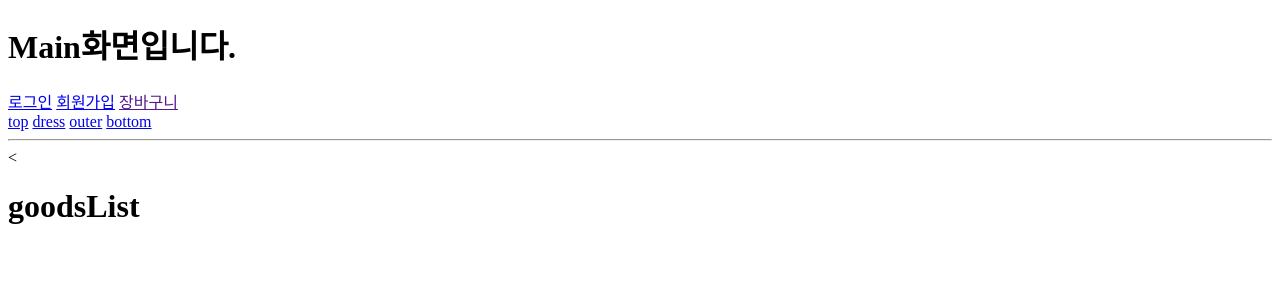
Repository: velSeon/Jsp_study
Page: http://localhost/ShopMiniMall_07_상품목록보기/main.jsp
The author's editor kept a copy of each file at every save. The page is drawn from the files as they stood at one save, then again after the next save.
The browser window is 1280 px wide. The pictures show the whole page.
The page is served by Tomcat 9.

Above is the page before, as saved 2020-10-05 03:54:12.

After the next save:
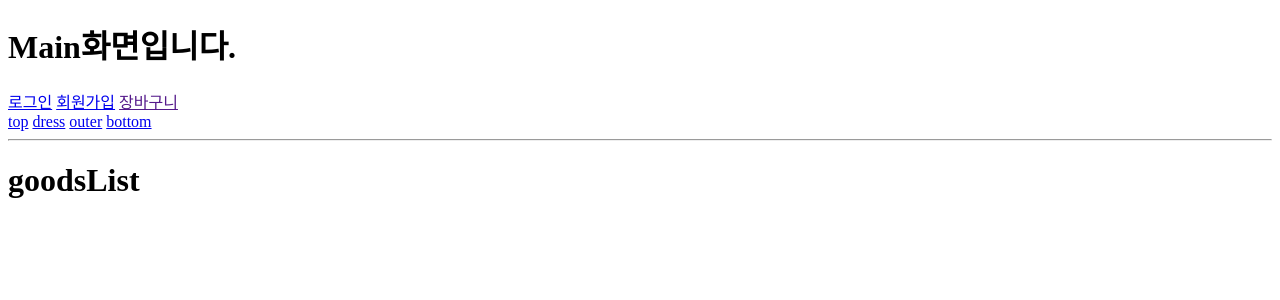
Saved 37 s later.
--- a/ShopMiniMall_07_상품목록보기/WebContent/goods/goodsList.jsp
+++ b/ShopMiniMall_07_상품목록보기/WebContent/goods/goodsList.jsp
@@ -7,6 +7,6 @@
 <title>Insert title here</title>
 </head>
 <body>
-<<h1> goodsList</h1>
+<h1> goodsList</h1>
 </body>
 </html>
